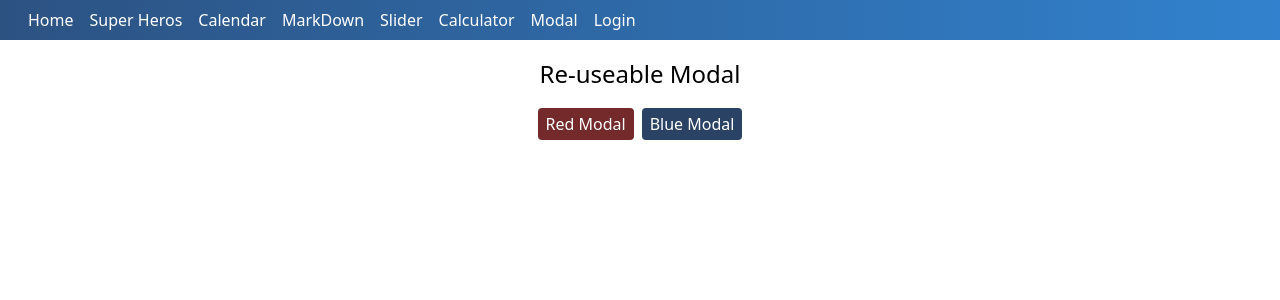
Repository: kshvkndl/VueFullCoursePractice
Page: /reusable-modal
An editor plug-in stored every save of this project. The page is shown before and after the next save, followed by the edit.
The browser window is 1280 px wide. The pictures show the whole page.
The project was rebuilt for these pictures with package versions that can differ from the ones it lists, and the page was loaded fresh each time. Also part of the build but not shown: src/components/login/GoogleLogin.vue, src/components/LoginModal.vue, src/pages/SuperHeros.vue, src/pages/Calender.vue, src/pages/Home.vue, src/utilities/mixins/debounce.js, src/pages/MarkDown.vue, src/pages/Slider.vue and 2 more.

Above is the page before, as saved 2020-11-25 08:33:52.

After the next save:
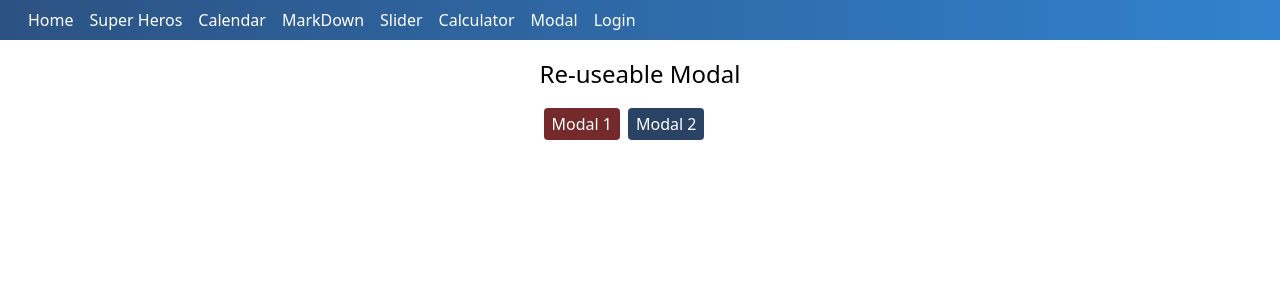
Saved 17 s later.
--- a/src/pages/ReusableModal.vue
+++ b/src/pages/ReusableModal.vue
@@ -12,13 +12,13 @@
         @click="isModal1Open = true"
         class="bg-red-900 px-2 py-1 text-white rounded mx-1"
       >
-        Red Modal
+        Modal 1
       </button>
       <button
         @click="isModal2Open = true"
         class="bg-blue-900 px-2 py-1 text-white rounded mx-1"
       >
-        Blue Modal
+        Modal 2
       </button>
     </div>
   </section>
